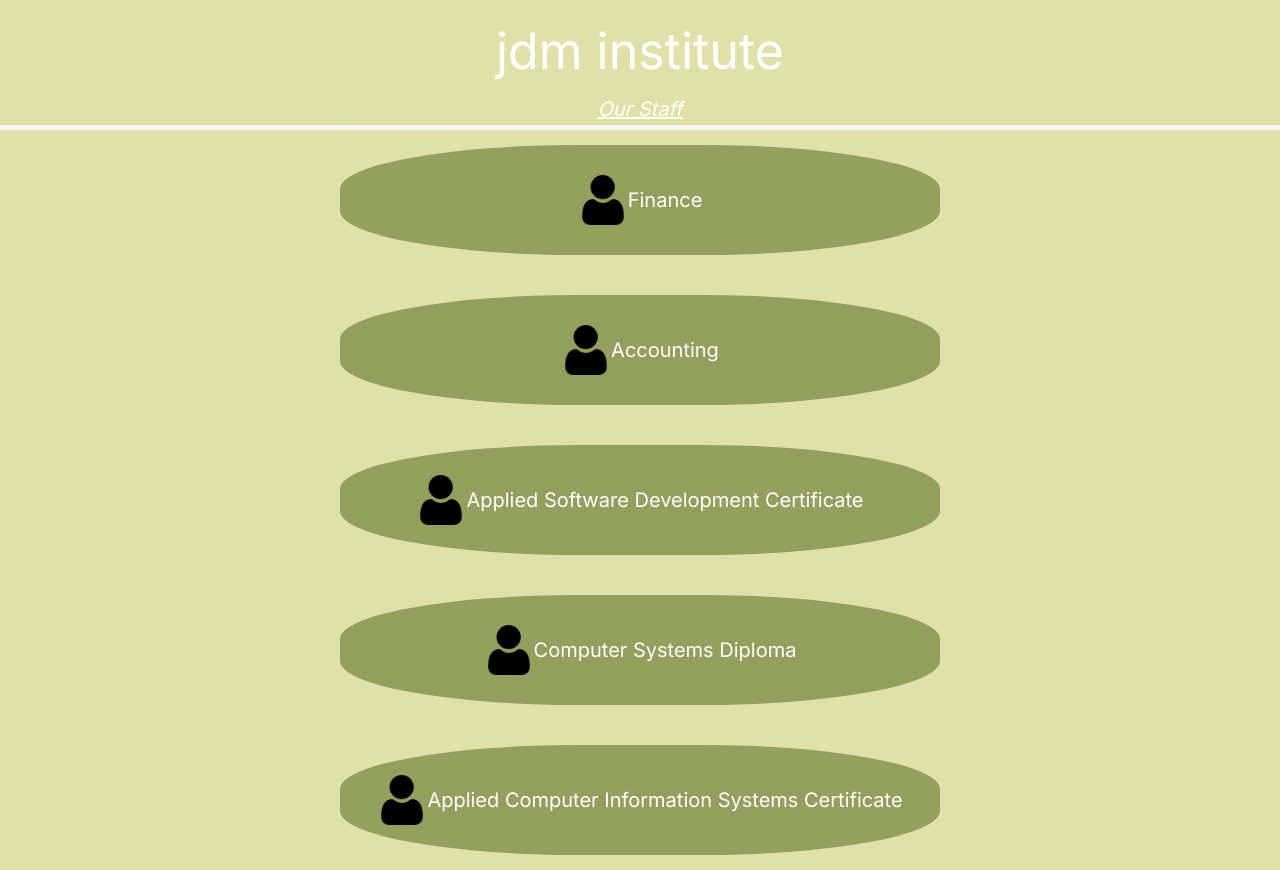
Repository: jennydmcm/class03practice
Page: /
An editor plug-in stored every save of this project. The page is shown before and after the next save, followed by the edit.
The browser window is 1280 px wide. The pictures show the whole page.
The project was rebuilt for these pictures with package versions that can differ from the ones it lists, and the page was loaded fresh each time. The framework's server and built-in components were replaced by stand-ins that run in the browser. Also part of the build but not shown: next.config.js.

Above is the page before, as saved 2023-01-25 13:10:23.

### pages/index.js
import Head from 'next/head'
import Image from 'next/image'
import { Inter } from '@next/font/google'
import styles from '@/styles/Home.module.css'
import data from '../data/education.json'
import { useState } from 'react'
import Card from '@/components/Card/index'
import Link from 'next/link'


const inter = Inter({ subsets: ['latin'] })

export default function Home() {
  const [information, setInformation] = useState([...data])

  return (
    <>
      <Head>
        <title>JDM Institute</title>
        <meta name="description" content="Generated by create next app" />
        <meta name="viewport" content="width=device-width, initial-scale=1" />
        <link rel="icon" href="/favicon.ico" />
      </Head>
      <main className={styles.main}>
        <div className={styles.navbar}>
          <div className={styles.navtitle}>jdm institute</div>
          <div className={styles.navbutton}>
            <Link className={styles.link} href="about">Our Staff</Link>
          </div>
        </div>

      <div className={styles.cards}>
        {
          information && information.map((info, index) => {
            if(info.department.toLowerCase() === "business"){
              return (
                <Card
                  key={index}
                  degree={info.degree}
                  gpa={info.gpa}
                  colourCard="#FAC9B8"
                  colourInfo="#3FAC9B8"
                  font="50px"
                  fontColour="#132A13"

                />
              )
            }
          })
        }

        {
          information && information.map((info, index) => {
            if(info.department.toLowerCase() === "computing"){
              return (
                <Card
                  key={index}
                  degree={info.degree}
                  gpa={info.gpa}
                  colourCard="#FAC9B8"
                  colourInfo="#FAC9B8"
                  font="50px"
                  fontColour="#132A13"

                />
              )
            }
          })
        }
        </div>
      </main>
    </>
  )
      }

### styles/Home.module.css
.main {
  display: flex;
  flex-direction: column;
  justify-content: space-between;
  align-items: center;
  background-color: #DFE1A9;
}



.navbar{
  display: flex;
  flex-direction: column;
  width: 100%;
  height: 130px;
  background-color: #DFE1A9;
  justify-content: center;
  align-items: center;
  border-bottom: 5px solid whitesmoke;


}

.navtitle{
  font-size: 50px;
  font-weight: light;
  text-decoration: dashed;
  font-family: 'Inter';
  color: white;
  padding: 1rem;
}
.link{
  font-size: 20px;
  font-family: 'Inter';
  color: white;
  font-style: italic;
  text-decoration: underline;
}
.link:hover{
  color: black;
}


.cards{
  display: flex;
  flex-direction: column;
  align-items: center;
  margin: 5px;
  gap: 20px;
  min-height: 100vh;
  background-color: #DFE1A9;
  justify-content: space-between;
  font-family: 'Inter';
  border-radius: 10px;
  color: white;
  font-weight: lighter;
}


.description {
  display: inherit;
  justify-content: inherit;
  align-items: inherit;
  font-size: 1rem;
  max-width: var(--max-width);
  width: 100%;
  z-index: 2;
  font-family: var(--font-mono);
}

.description a {
  display: flex;
  justify-content: center;
  align-items: center;
  gap: 1rem;
}

.description p {
  position: relative;
  margin: 0;
  padding: 1rem;
  background-color: rgba(var(--callout-rgb), 0.5);
  border: 1px solid rgba(var(--callout-border-rgb), 0.3);
  border-radius: var(--border-radius);
}

.code {
  font-weight: 700;
  font-family: var(--font-mono);
}

.grid {
  display: grid;
  grid-template-columns: repeat(4, minmax(25%, auto));
  width: var(--max-width);
  max-width: 100%;
}

.card {
  padding: 1rem 1.2rem;
  border-radius: var(--border-radius);
  background: rgba(var(--card-rgb), 0);
  border: 1px solid rgba(var(--card-border-rgb), 0);
  transition: background 200ms, border 200ms;
}

.card span {
  display: inline-block;
  transition: transform 200ms;
}

.card h2 {
  font-weight: 600;
  margin-bottom: 0.7rem;
}

.card p {
  margin: 0;
  opacity: 0.6;
  font-size: 0.9rem;
  line-height: 1.5;
  max-width: 30ch;
}

.center {
  display: flex;
  justify-content: center;
  align-items: center;
  position: relative;
  padding: 4rem 0;
}

.center::before {
  background: var(--secondary-glow);
  border-radius: 50%;
  width: 480px;
  height: 360px;
  margin-left: -400px;
}

.center::after {
  background: var(--primary-glow);
  width: 240px;
  height: 180px;
  z-index: -1;
}

.center::before,
.center::after {
  content: '';
  left: 50%;
  position: absolute;
  filter: blur(45px);
  transform: translateZ(0);
}

.logo,
.thirteen {
  position: relative;
}

.thirteen {
  display: flex;
  justify-content: center;
  align-items: center;
  width: 75px;
  height: 75px;
  padding: 25px 10px;
  margin-left: 16px;
  transform: translateZ(0);
  border-radius: var(--border-radius);
  overflow: hidden;
  box-shadow: 0px 2px 8px -1px #0000001a;
}

.thirteen::before,
.thirteen::after {
  content: '';
  position: absolute;
  z-index: -1;
}

/* Conic Gradient Animation */
.thirteen::before {
  animation: 6s rotate linear infinite;
  width: 200%;
  height: 200%;
  background: var(--tile-border);
}

/* Inner Square */
.thirteen::after {
  inset: 0;
  padding: 1px;
  border-radius: var(--border-radius);
  background: linear-gradient(
    to bottom right,
    rgba(var(--tile-start-rgb), 1),
    rgba(var(--tile-end-rgb), 1)
  );
  background-clip: content-box;
}

/* Enable hover only on non-touch devices */
@media (hover: hover) and (pointer: fine) {
  .card:hover {
    background: rgba(var(--card-rgb), 0.1);
    border: 1px solid rgba(var(--card-border-rgb), 0.15);
  }

  .card:hover span {
    transform: translateX(4px);
  }
}

@media (prefers-reduced-motion) {
  .thirteen::before {
    animation: none;
  }

  .card:hover span {
    transform: none;
  }
}

/* Mobile */
@media (max-width: 700px) {
  .content {
    padding: 4rem;
  }

  .grid {
    grid-template-columns: 1fr;
    margin-bottom: 120px;
    max-width: 320px;
    text-align: center;
  }

  .card {
    padding: 1rem 2.5rem;
  }

  .card h2 {
    margin-bottom: 0.5rem;
  }

  .center {
    padding: 8rem 0 6rem;
  }

  .center::before {
    transform: none;
    height: 300px;
  }

  .description {
    font-size: 0.8rem;
  }

  .description a {
    padding: 1rem;
  }

  .description p,
  .description div {
    display: flex;
    justify-content: center;
    position: fixed;
    width: 100%;
  }

  .description p {
    align-items: center;
    inset: 0 0 auto;
    padding: 2rem 1rem 1.4rem;
    border-radius: 0;
    border: none;
    border-bottom: 1px solid rgba(var(--callout-border-rgb), 0.25);
    background: linear-gradient(
      to bottom,
      rgba(var(--background-start-rgb), 1),
      rgba(var(--callout-rgb), 0.5)
    );
    background-clip: padding-box;
    backdrop-filter: blur(24px);
  }

  .description div {
    align-items: flex-end;
    pointer-events: none;
    inset: auto 0 0;
    padding: 2rem;
    height: 200px;
    background: linear-gradient(
      to bottom,
      transparent 0%,
      rgb(var(--background-end-rgb)) 40%
    );
    z-index: 1;
  }
}

/* Tablet and Smaller Desktop */
@media (min-width: 701px) and (max-width: 1120px) {
  .grid {
    grid-template-columns: repeat(2, 50%);
  }
}

@media (prefers-color-scheme: dark) {
  .vercelLogo {
    filter: invert(1);
  }

  .logo,
  .thirteen img {
    filter: invert(1) drop-shadow(0 0 0.3rem #ffffff70);
  }
}

@keyframes rotate {
  from {
    transform: rotate(360deg);
  }
  to {
    transform: rotate(0deg);
  }
}

### data/education.json
[
        {
            "studentNumber": "A0004567",
            "firstName": "Person 1",
            "gpa": 3.8,
            "department": "Business",
            "degree": "Finance",
            "graduated": 2014
        },
        {
            "studentNumber": "A0001234",
            "firstName": "Person 2",
            "gpa": 3.5,
            "department": "Business",
            "degree": "Accounting",
            "graduated": 2010
        },
        {
            "studentNumber": "A0007890",
            "firstName": "Person 3",
            "gpa": 3.2,
            "department": "Computing",
            "degree": "Applied Software Development Certificate",
            "graduated": 2018
        },
        {
            "studentNumber": "A0007828",
            "firstName": "Person 4",
            "gpa": 3.9,
            "department": "Computing",
            "degree": "Computer Systems Diploma",
            "graduted": 2021
        },
        {
            "studentNumber": "A0003425",
            "firstName": "Person 5",
            "gpa": 3.2,
            "department": "Computing",
            "degree": "Applied Computer Information Systems Certificate",
            "graduated": 2021
        }
]

### components/Card/index.js
export default function Card({
    degree="none",
    colour="#939F5C",
    font="0",
    image="icon/personTwo.png",

}) {
    return(
        <div style={{
            backgroundColor: colour,
            fontSize:"20px",
            padding:"30px",
            borderRadius:"40%",
            display:"flex",
            flexDirection:"row",
            justifyContent:"center",
            alignItems:"center",
            margin:"10px",
            width:"600px",
            fontWeight:"bolder"






            }}>
            {
                colour === "#94778B" ?    <img src={'icon/person.png'} width='50'/> :
                colour === "#94778B" ?   <img src={'icon/personThree.png'} width='50' /> :
                                    <img src={image} width='50'/>
            }
            {degree}
        </div>
    )
}

Loaded but not shown: pages/_app.js (common file); pages/_document.js (common file); styles/globals.css (common file)

After the next save:
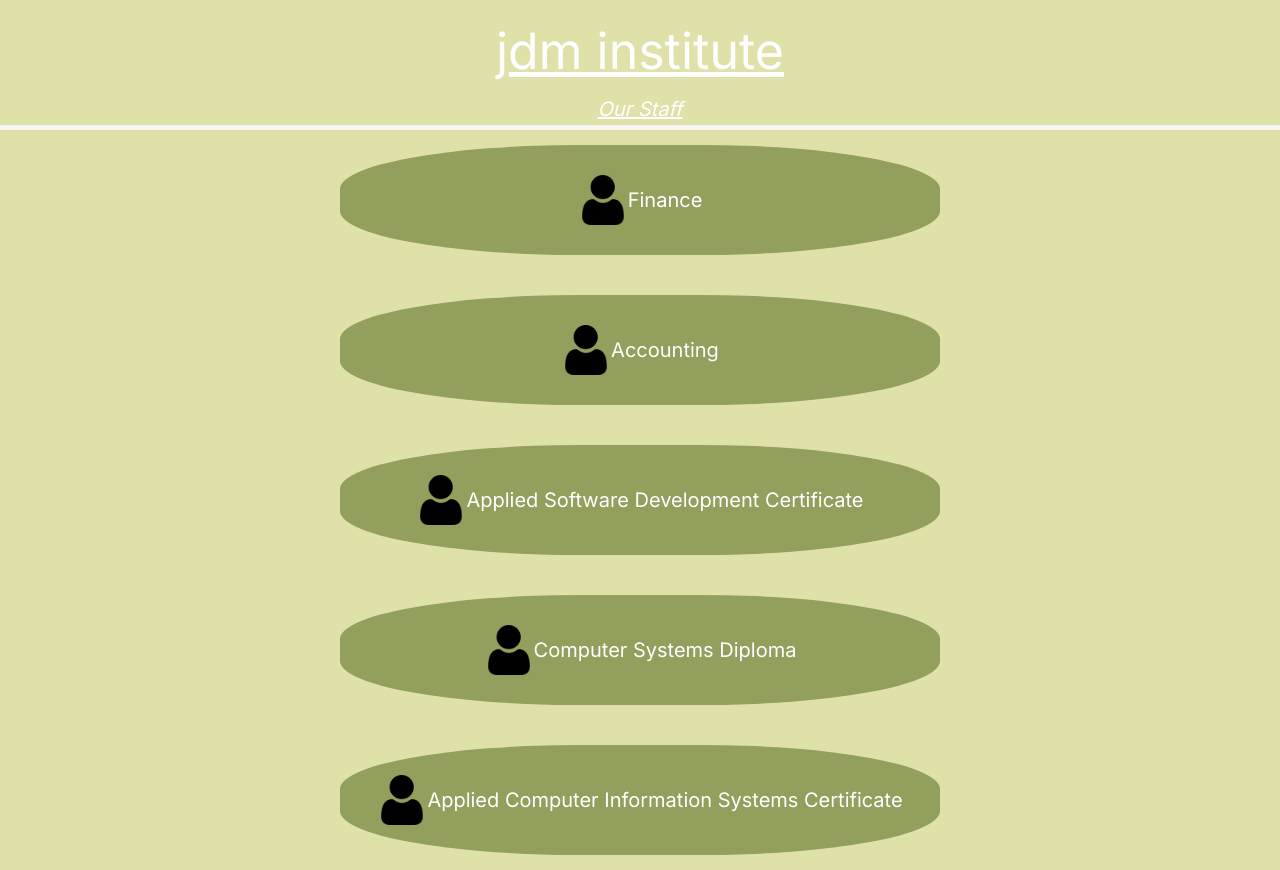
Saved 4 s later.
--- a/styles/Home.module.css
+++ b/styles/Home.module.css
@@ -24,7 +24,7 @@
 .navtitle{
   font-size: 50px;
   font-weight: light;
-  text-decoration: dashed;
+  text-decoration: underline;
   font-family: 'Inter';
   color: white;
   padding: 1rem;

After the save that followed:
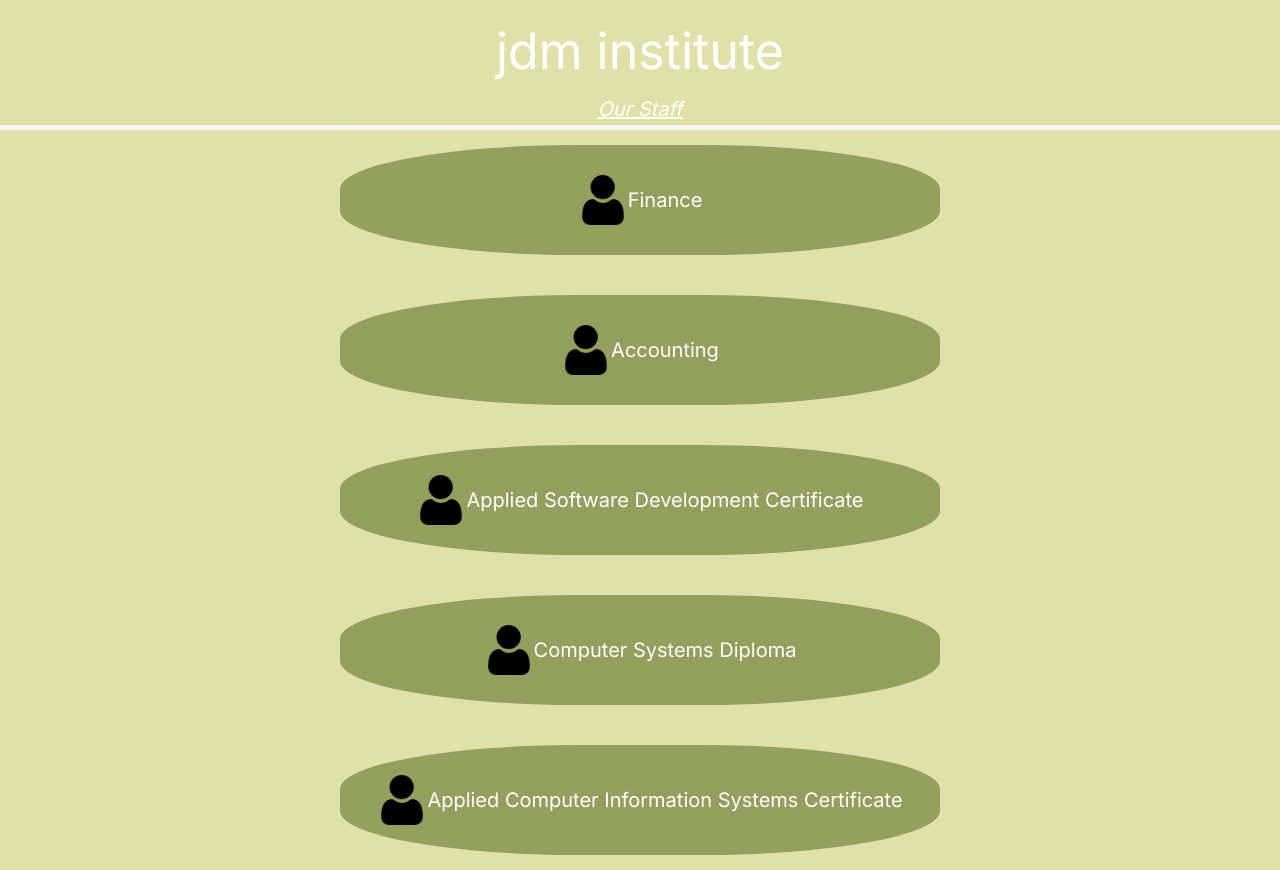
Saved 8 s later.
--- a/styles/Home.module.css
+++ b/styles/Home.module.css
@@ -24,7 +24,6 @@
 .navtitle{
   font-size: 50px;
   font-weight: light;
-  text-decoration: underline;
   font-family: 'Inter';
   color: white;
   padding: 1rem;
